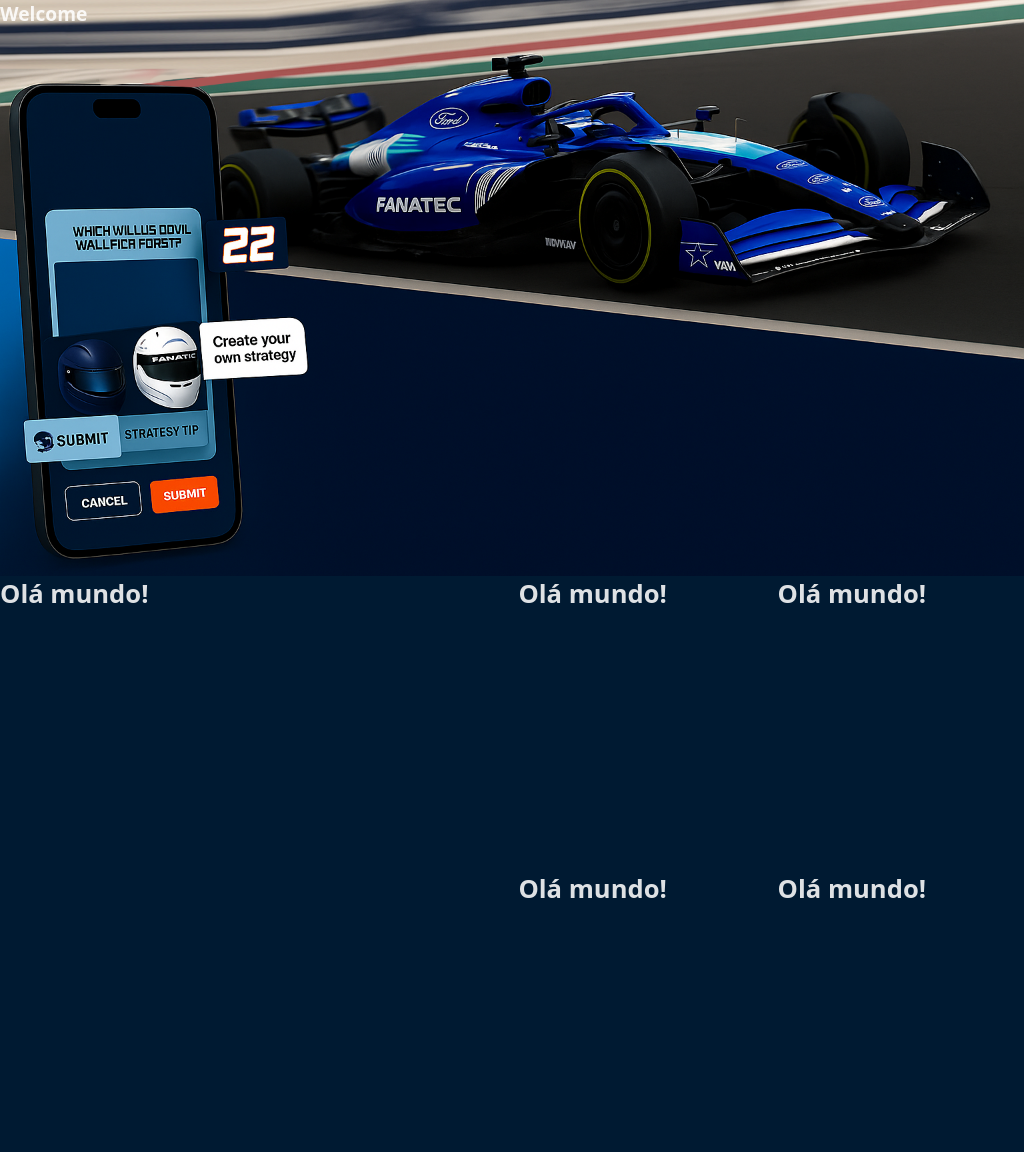
Repository: pedroantoniosi/ngm-esports-site
Page: /
An editor plug-in stored every save of this project. The page is shown before and after the next save, followed by the edit.
The browser window is 1280 px wide. The pictures show the whole page, at 80% of full size.
The project was rebuilt for these pictures with package versions that can differ from the ones it lists, and the page was loaded fresh each time. Also part of the build but not shown: vite.config.ts.

Above is the page before, as saved 2025-10-25 17:18:45.

After the next save:
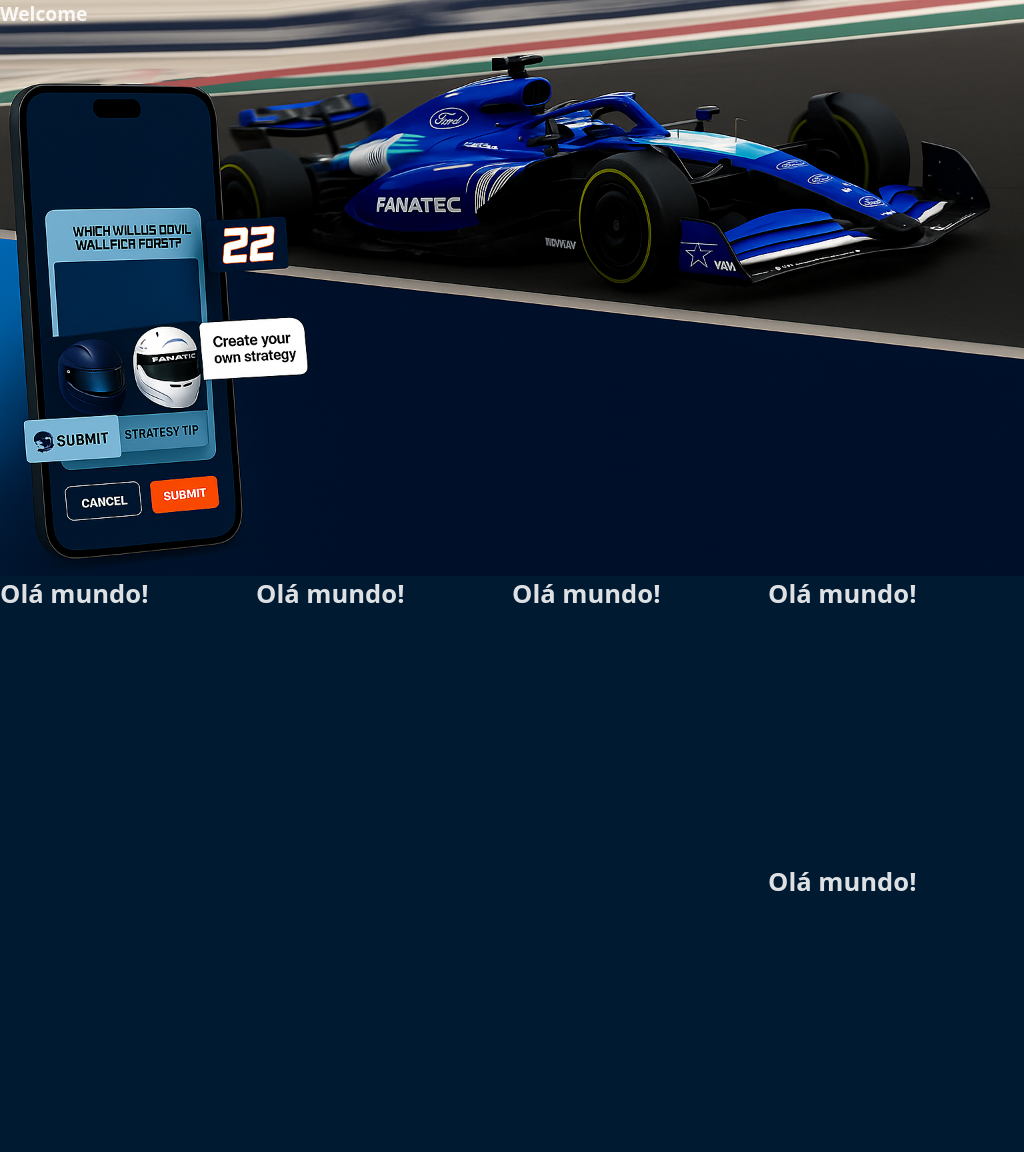
Saved 44 s later.
--- a/src/index.css
+++ b/src/index.css
@@ -37,25 +37,20 @@
     grid-row: span 2 / span 2;
   }
 
-  .div1 {
-    grid-column: span 2 / span 2;
-    grid-row: span 2 / span 2;
-  }
-
-  .div2 {
+  & :nth-child(1) {
     grid-column-start: 3;
   }
 
-  .div3 {
+  & :nth-child(1) {
     grid-column-start: 4;
   }
 
-  .div4 {
+  & :nth-child(1) {
     grid-column-start: 3;
     grid-row-start: 2;
   }
 
-  .div5 {
+  & :nth-child(1) {
     grid-column-start: 4;
     grid-row-start: 2;
   }

After the save that followed:
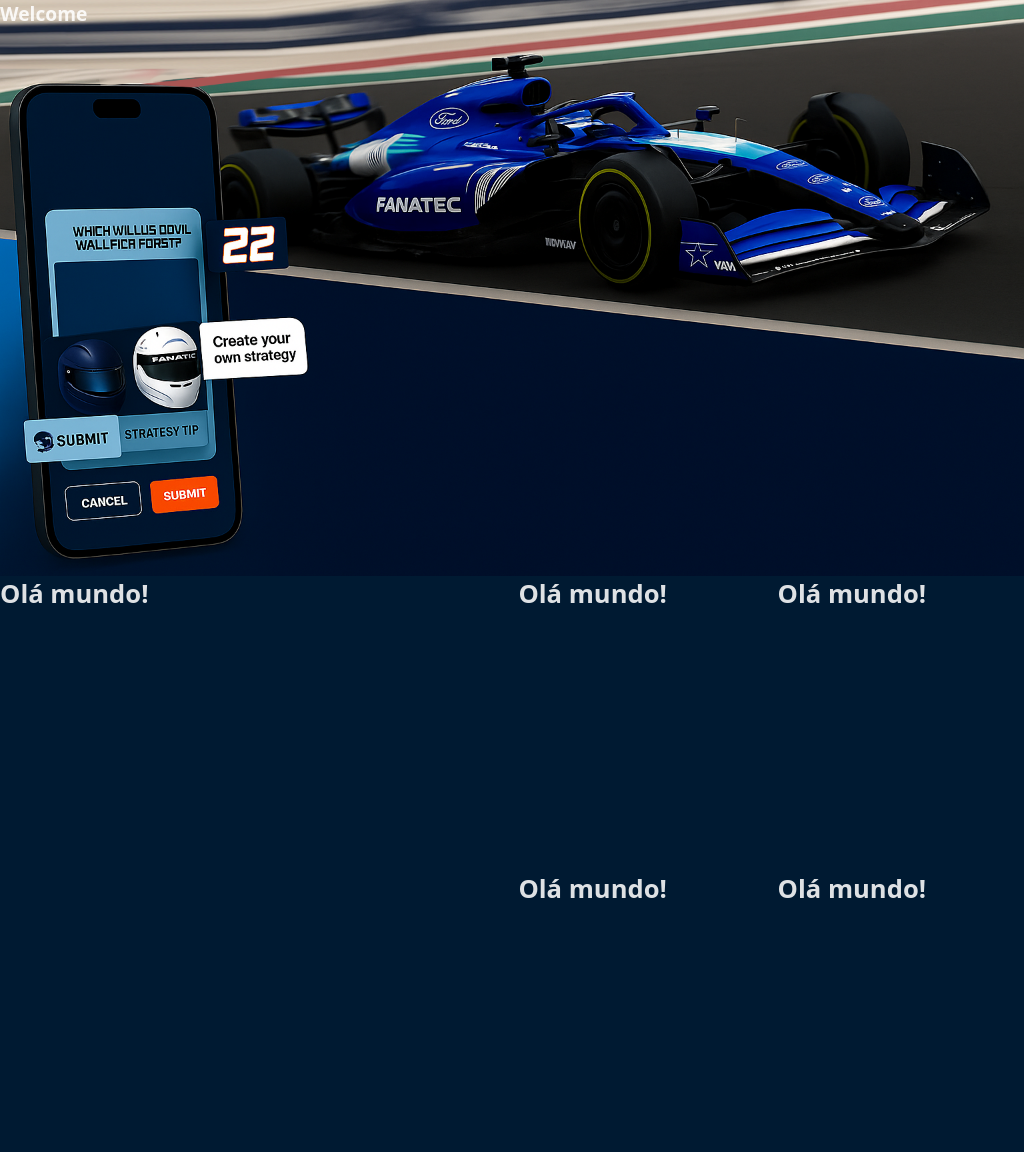
Saved 7 s later.
--- a/src/index.css
+++ b/src/index.css
@@ -37,20 +37,20 @@
     grid-row: span 2 / span 2;
   }
 
-  & :nth-child(1) {
+  & :nth-child(2) {
     grid-column-start: 3;
   }
 
-  & :nth-child(1) {
+  & :nth-child(3) {
     grid-column-start: 4;
   }
 
-  & :nth-child(1) {
+  & :nth-child(4) {
     grid-column-start: 3;
     grid-row-start: 2;
   }
 
-  & :nth-child(1) {
+  & :nth-child(5) {
     grid-column-start: 4;
     grid-row-start: 2;
   }
